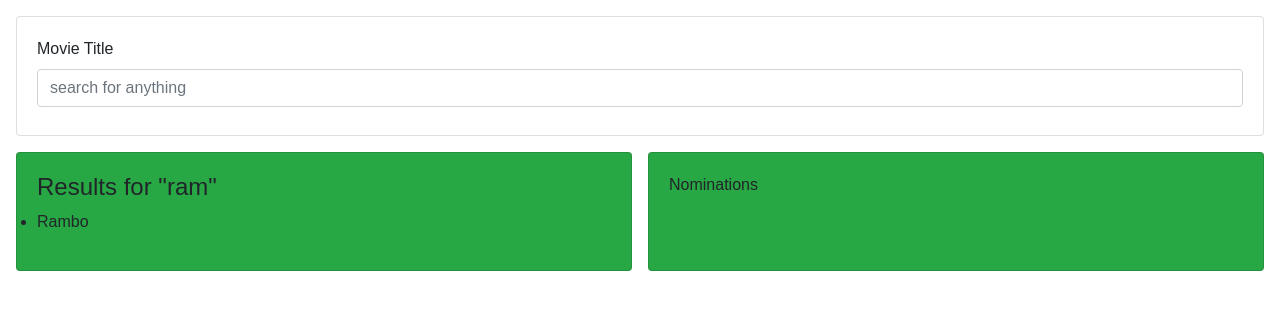
Repository: akinsikuoluwafemi/shoppies-movie-collection
Page: /
These files come from the project's save history. The page is drawn as it stood at one moment and after a run of saves; the edit follows.
The browser window is 1280 px wide. The pictures show the whole page.
The project was rebuilt for these pictures with package versions that can differ from the ones it lists, and the page was loaded fresh each time. Also part of the build but not shown: src/App.css.

Above is the page before, as saved 2021-01-10 09:02:22.

### public/index.html
<!DOCTYPE html>
<html lang="en">
  <head>
    <meta charset="utf-8" />
    <link rel="icon" href="%PUBLIC_URL%/huge.png" />
    <meta name="viewport" content="width=device-width, initial-scale=1" />
    <meta name="theme-color" content="#000000" />
    <meta
      name="description"
      content="Web site created using create-react-app"
    />
    <link rel="apple-touch-icon" href="%PUBLIC_URL%/logo192.png" />


    <link rel="stylesheet" href="https://stackpath.bootstrapcdn.com/bootstrap/4.4.1/css/bootstrap.min.css"
      integrity="sha384-Vkoo8x4CGsO3+Hhxv8T/Q5PaXtkKtu6ug5TOeNV6gBiFeWPGFN9MuhOf23Q9Ifjh" crossorigin="anonymous">
    <!--
      manifest.json provides metadata used when your web app is installed on a
      user's mobile device or desktop. See https://developers.google.com/web/fundamentals/web-app-manifest/
    -->
    <link rel="manifest" href="%PUBLIC_URL%/manifest.json" />
    <!--
      Notice the use of %PUBLIC_URL% in the tags above.
      It will be replaced with the URL of the `public` folder during the build.
      Only files inside the `public` folder can be referenced from the HTML.

      Unlike "/favicon.ico" or "favicon.ico", "%PUBLIC_URL%/favicon.ico" will
      work correctly both with client-side routing and a non-root public URL.
      Learn how to configure a non-root public URL by running `npm run build`.
    -->
    <title>Shoppies Movie Collection</title>
  </head>
  <body>
    <noscript>You need to enable JavaScript to run this app.</noscript>
    <div id="root"></div>
    <!--
      This HTML file is a template.
      If you open it directly in the browser, you will see an empty page.

      You can add webfonts, meta tags, or analytics to this file.
      The build step will place the bundled scripts into the <body> tag.

      To begin the development, run `npm start` or `yarn start`.
      To create a production bundle, use `npm run build` or `yarn build`.
    -->
    <script
  src="https://code.jquery.com/jquery-3.3.1.slim.min.js"
  integrity="sha384-q8i/X+965DzO0rT7abK41JStQIAqVgRVzpbzo5smXKp4YfRvH+8abtTE1Pi6jizo"
  crossorigin="anonymous"
></script>
<script
  src="https://cdnjs.cloudflare.com/ajax/libs/popper.js/1.14.7/umd/popper.min.js"
  integrity="sha384-UO2eT0CpHqdSJQ6hJty5KVphtPhzWj9WO1clHTMGa3JDZwrnQq4sF86dIHNDz0W1"
  crossorigin="anonymous"
></script>
<script
  src="https://stackpath.bootstrapcdn.com/bootstrap/4.3.1/js/bootstrap.min.js"
  integrity="sha384-JjSmVgyd0p3pXB1rRibZUAYoIIy6OrQ6VrjIEaFf/nJGzIxFDsf4x0xIM+B07jRM"
  crossorigin="anonymous"
></script>

  </body>
</html>

### src/index.css

* {
    margin: 0;
    padding: 0;
    box-sizing: border-box;
    font-family: 'Poppins', sans-serif;

}

body {
  margin: 0;
  font-family: -apple-system, BlinkMacSystemFont, 'Segoe UI', 'Roboto', 'Oxygen',
    'Ubuntu', 'Cantarell', 'Fira Sans', 'Droid Sans', 'Helvetica Neue',
    sans-serif;
  -webkit-font-smoothing: antialiased;
  -moz-osx-font-smoothing: grayscale;
}

code {
  font-family: source-code-pro, Menlo, Monaco, Consolas, 'Courier New',
    monospace;
}

### src/App.js
import './App.css';
import Home from './Pages/Home';


function App() {
  return (
    <Home/>
  );
}

export default App;

### src/Pages/Home.js
import React from 'react';
import SearchBar from '../components/SearchBar';
import SearchResults from '../components/SearchResults';
import Nominations from '../components/Nominations';
import './Home.css';



export default function Home() {
    return (
      <div className="home-wrapper">
        <div className="home-wrapper_search">
          <SearchBar />
        </div>
        <div className=" search-wrapper">
          <SearchResults />
          <Nominations />
        </div>
      </div>
    );
}

### src/components/SearchBar.js
import React from 'react'

// http://www.omdbapi.com/?i=tt3896198&apikey=2a3aa076

export default function SearchBar() {
    return (
      <div class="card w-100">
            <div class="card-body">
                <div class="mb-2">
                    <label for="movie" class="form-label">Movie Title</label>
                    <input type="search" class="form-control" placeholder="search for anything"/>
                </div>
            </div>
      </div>
    );
}

### src/components/SearchResults.js
import React from 'react';
import CardWrapper from './CardWrapper';


export default function SearchResults() {
    return (
        <CardWrapper>
            <h4>Results for "ram"</h4>
            <ul>
                <li>Rambo</li>
            </ul>
      </CardWrapper>
    );
}

### src/components/Nominations.js
import React from 'react';
import CardWrapper from './CardWrapper';


export default function Nominations() {
    return <CardWrapper>Nominations</CardWrapper>;
}

### src/Pages/Home.css
.home-wrapper {
    padding: 1rem;
}

.search-wrapper {
    /* background: pink; */
    width: 100%;
    /* padding-top: 2rem; */
    display: grid;
    grid-template-rows: repeat(2,1fr);
    grid-template-columns: repeat(auto-fit, minmax(200px, 1fr));
    grid-gap: 1rem;
}
.home-wrapper_search {
    /* margin: .5rem; */
    padding-bottom: 1rem;

}

### src/components/CardWrapper.js
import React from 'react'

export default function CardWrapper({children}) {
    return (
      <div className="card w-100 bg-success">
            <div className="card-body">{ children}</div>
      </div>
    );
}

Loaded but not shown: src/index.js (common file); src/reportWebVitals.js (common file)

After the next 3 saves:
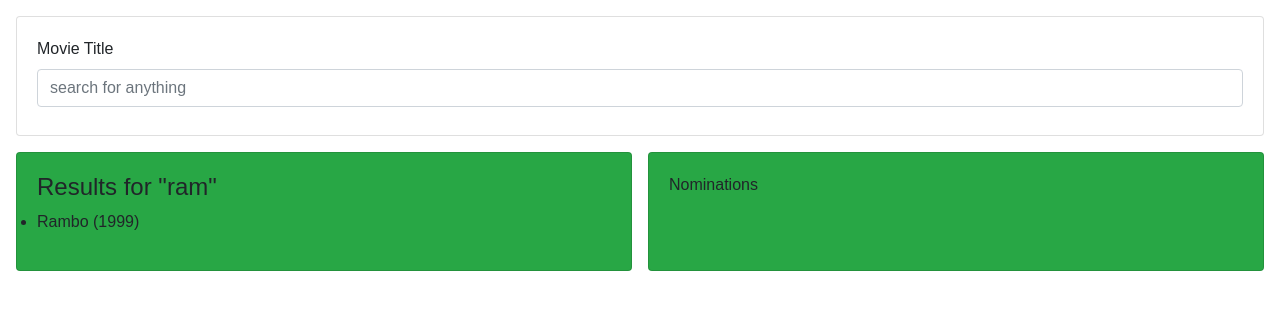
The 3 saves are shown as one change because they came seconds apart.
The last was saved 10 s later.
--- a/src/components/SearchResults.js
+++ b/src/components/SearchResults.js
@@ -7,7 +7,7 @@ export default function SearchResults() {
         <CardWrapper>
             <h4>Results for "ram"</h4>
             <ul>
-                <li>Rambo</li>
+                <li>Rambo (1999)</li>
             </ul>
       </CardWrapper>
     );
